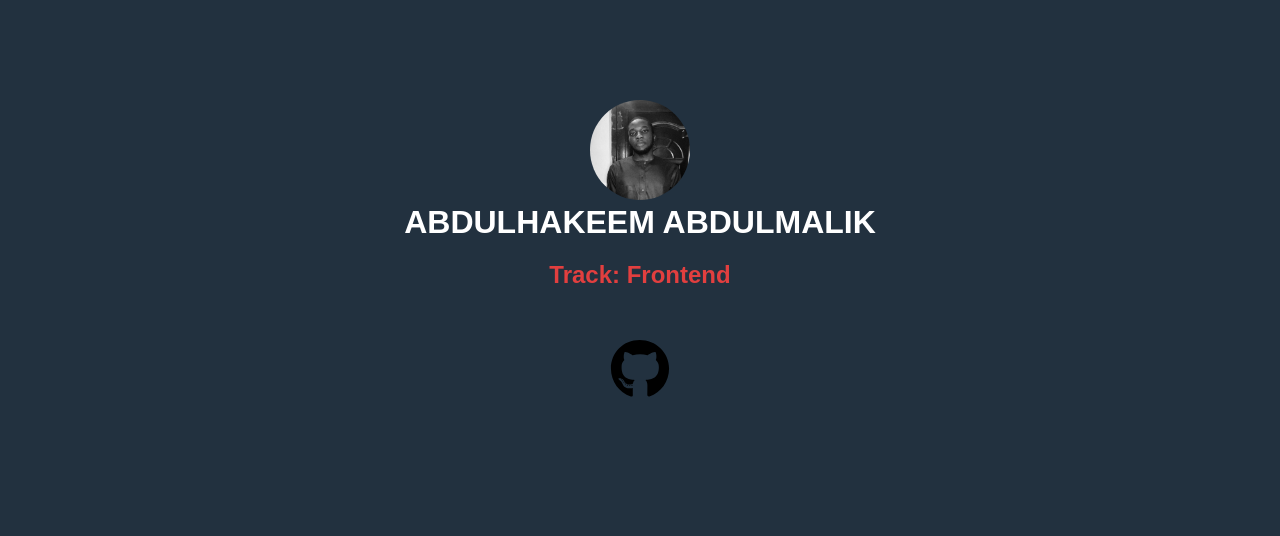
Repository: malikhakeem/HNG-TASK
Page: HNG-TASK1.html
An editor plug-in stored every save of this project. The page is shown before and after the next save, followed by the edit.
The browser window is 1280 px wide. The pictures show the whole page.

Above is the page before, as saved 2023-09-08 23:04:31.
Console error: ReferenceError: currentTimeMillis is not defined

After the next save:
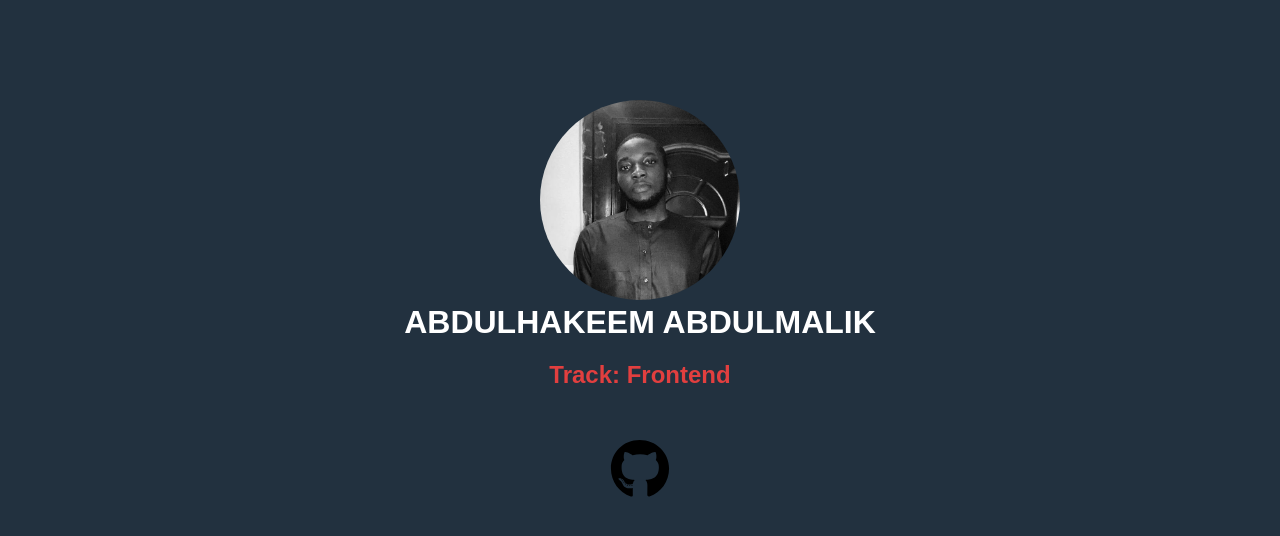
Saved 8 s later.
--- a/HNG-TASK!.css
+++ b/HNG-TASK!.css
@@ -5,8 +5,8 @@
 }
 
 .profile-pic{
-    width:100px;
-    height:100px;
+    width:200px;
+    height:200px;
     border-radius: 50%;
 }
 .nav{
